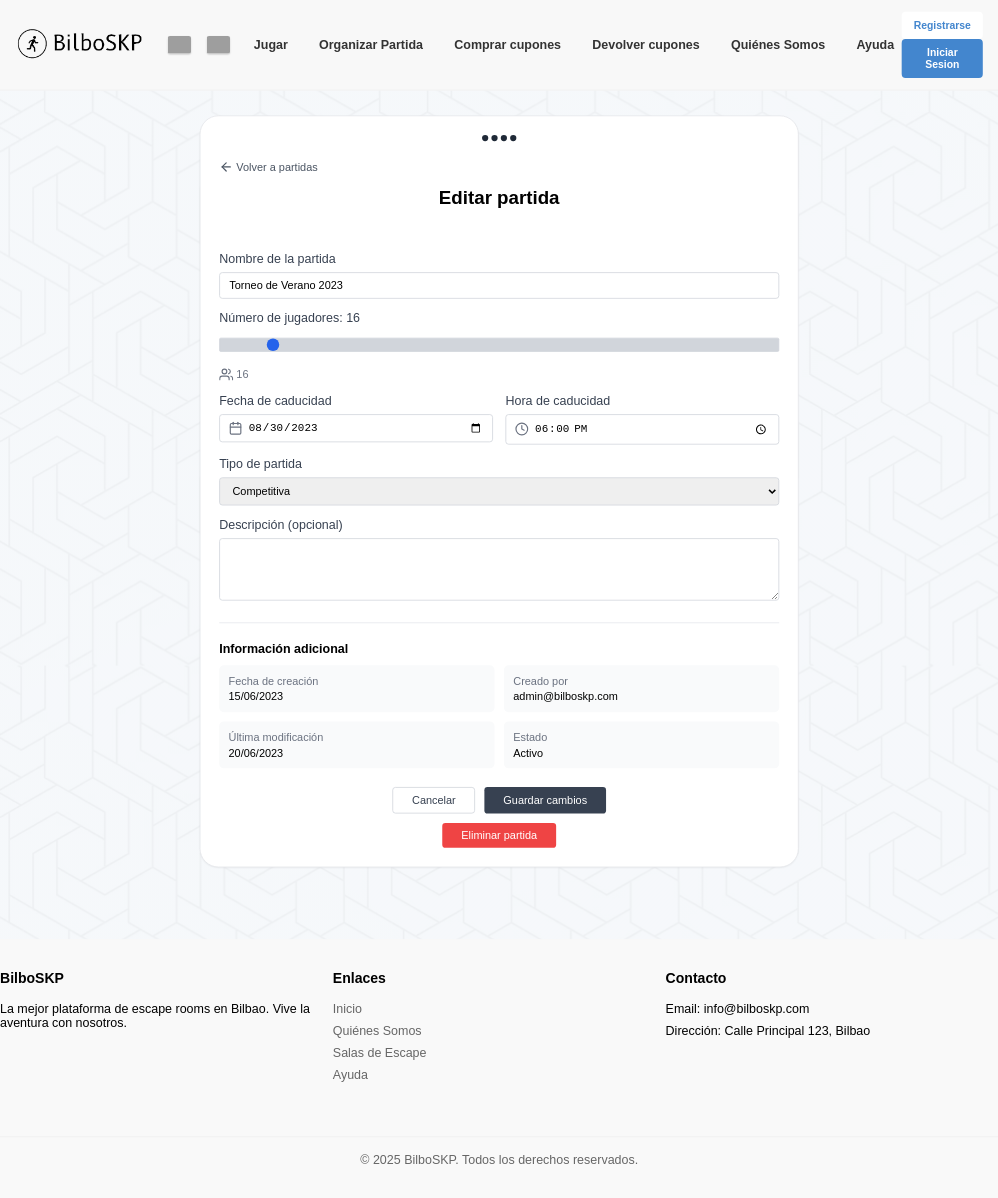
Repository: Andrew1447/Reto3-main
Page: http://localhost/bilboSKP/EditarPartida.jsp
An editor plug-in stored every save of this project. The page is shown before and after the next save, followed by the edit.
The browser window is 1280 px wide. The pictures show the whole page, at 78% of full size.
Pictures or frames that could not be fetched are drawn as grey boxes. Backgrounds fixed to the window are drawn as part of the page. The page is served by Tomcat 9. The template is opened directly, without the code that normally fills it, so the values that code supplies are empty.

Above is the page before, as saved 2025-04-27 14:52:36.

After the next save:
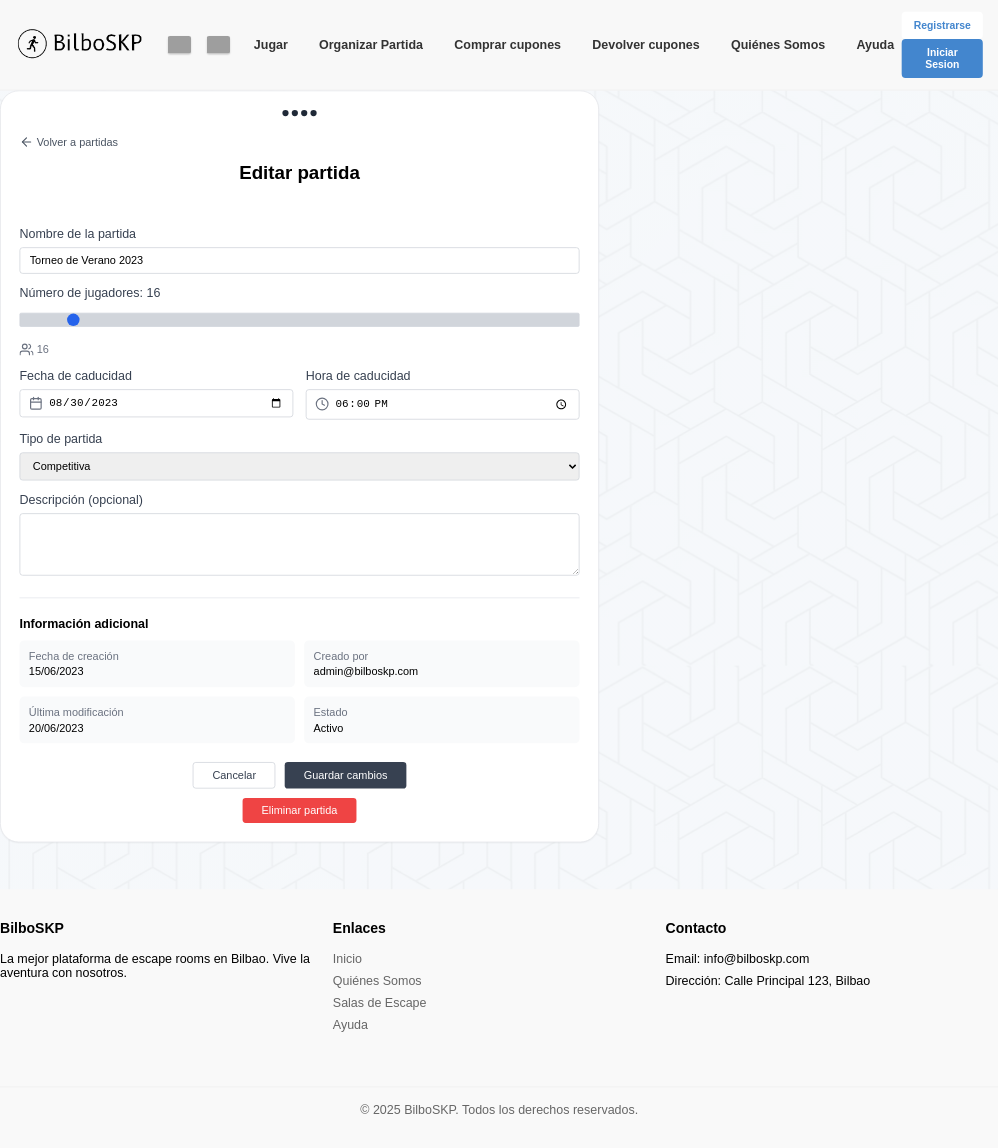
Saved 81 s later.
--- a/bilboSKP/src/main/webapp/EditarPartida.jsp
+++ b/bilboSKP/src/main/webapp/EditarPartida.jsp
@@ -73,7 +73,6 @@
 </div>
     </header>
 
-    <main>
     <div class="card">
       <div class="card-header">
         <div class="dots">
@@ -191,7 +190,6 @@
         </form>
       </div>
     </div>
-  </main>
 
   <footer>
         <div class="container">
